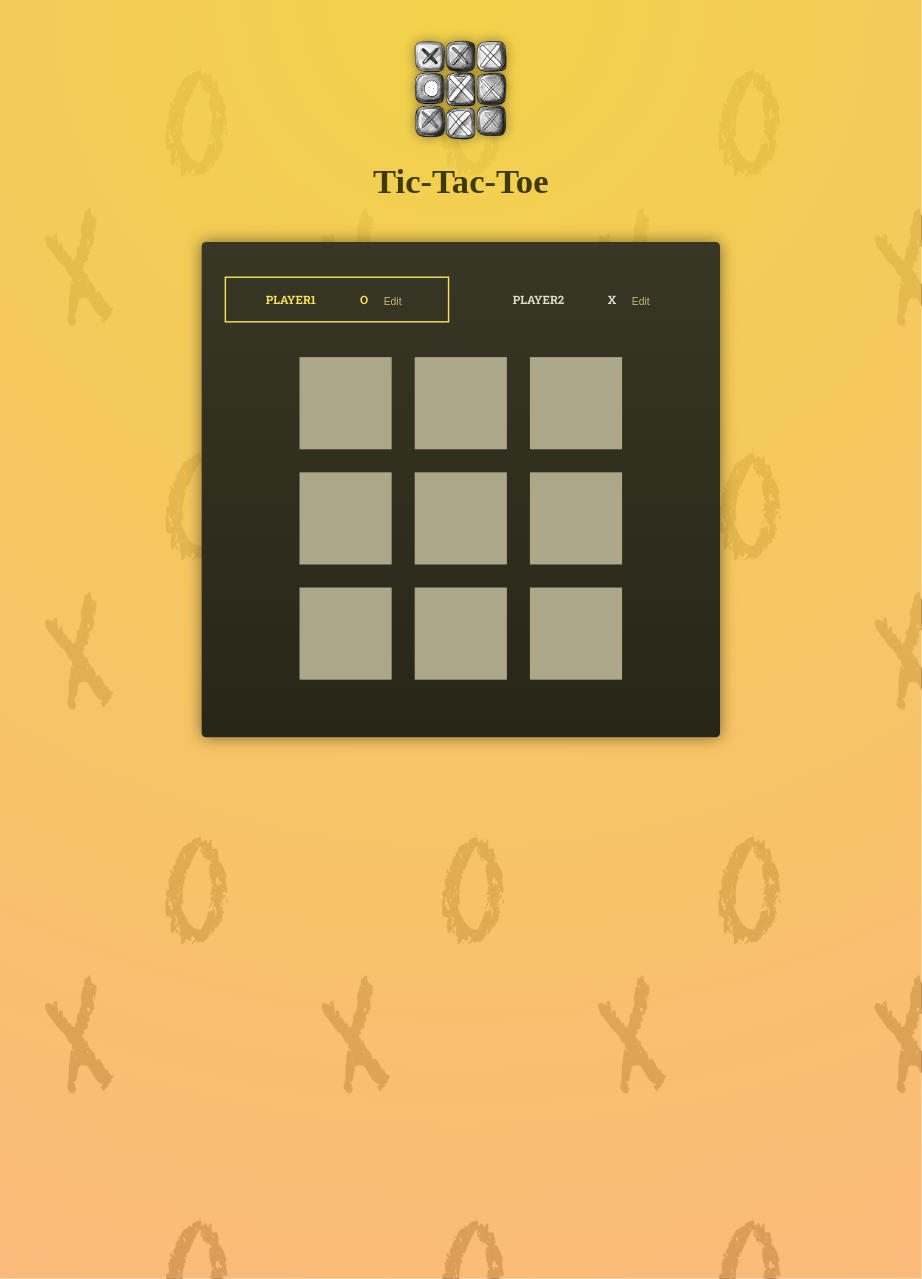
Repository: collyrium921/tic-tac-toe
Page: /
An editor plug-in stored every save of this project. The page is shown before and after the next save, followed by the edit.
The browser window is 1280 px wide. The pictures show the whole page, at 72% of full size.
Some web fonts or font styles are not loaded; a fallback is used. The project was rebuilt for these pictures with package versions that can differ from the ones it lists, and the page was loaded fresh each time. Also part of the build but not shown: vite.config.js.

Above is the page before, as saved 2024-05-23 22:45:40.

After the next save:
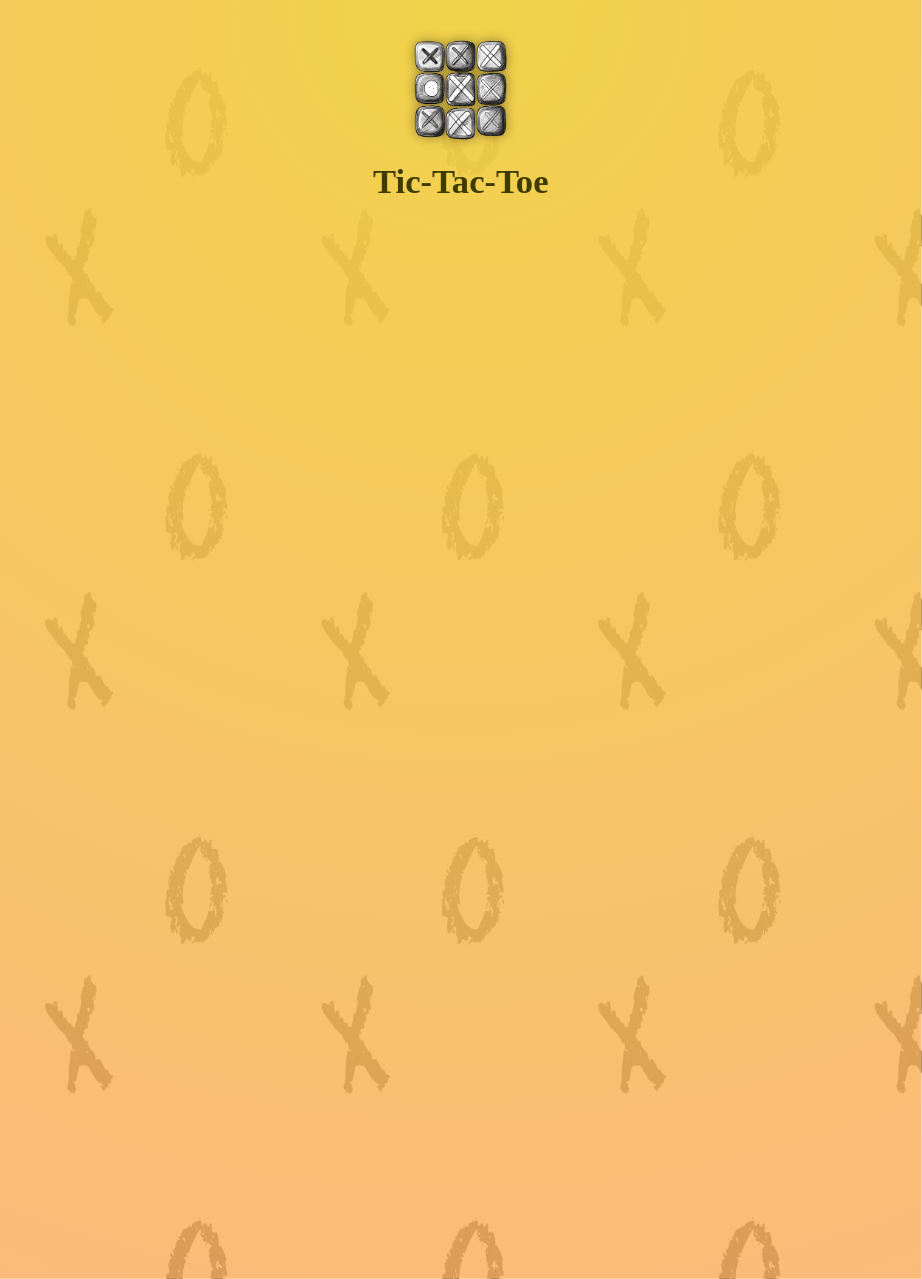
Console error: ReferenceError: activePlayer is not defined
Saved 2 min 18 s later.
--- a/src/App.jsx
+++ b/src/App.jsx
@@ -4,15 +4,15 @@
 import Log from "./components/Log";
 function App() {
   const [gameTurns, setGameTurns] = useState([]);
-  const [activePlayer, setActivePlayer] = useState("X");
+  // const [activePlayer, setActivePlayer] = useState("X");
+  let currentPlayer = "X";
+  if (gameTurns.length > 0 && gameTurns[0].player === "X") {
+    currentPlayer = "O";
+  }
+  function handleSelectSquare(rowIndex, colIndex) {
+    // setActivePlayer((curActivePlayer) => (curActivePlayer == "X" ? "O" : "X"));
+    setGameTurns((prevTurns) => {
 
-  function handleSelectSquare(rowIndex, colIndex) {
-    setActivePlayer((curActivePlayer) => (curActivePlayer == "X" ? "O" : "X"));
-    setGameTurns((prevTurns) => {
-      let currentPlayer = "X";
-      if (prevTurns.length > 0 && prevTurns[0].player === "X") {
-        currentPlayer = "O";
-      }
       const updateTurns = [
         { square: { row: rowIndex, col: colIndex }, player: activePlayer },
         ...prevTurns,

After the 2 saves that followed:
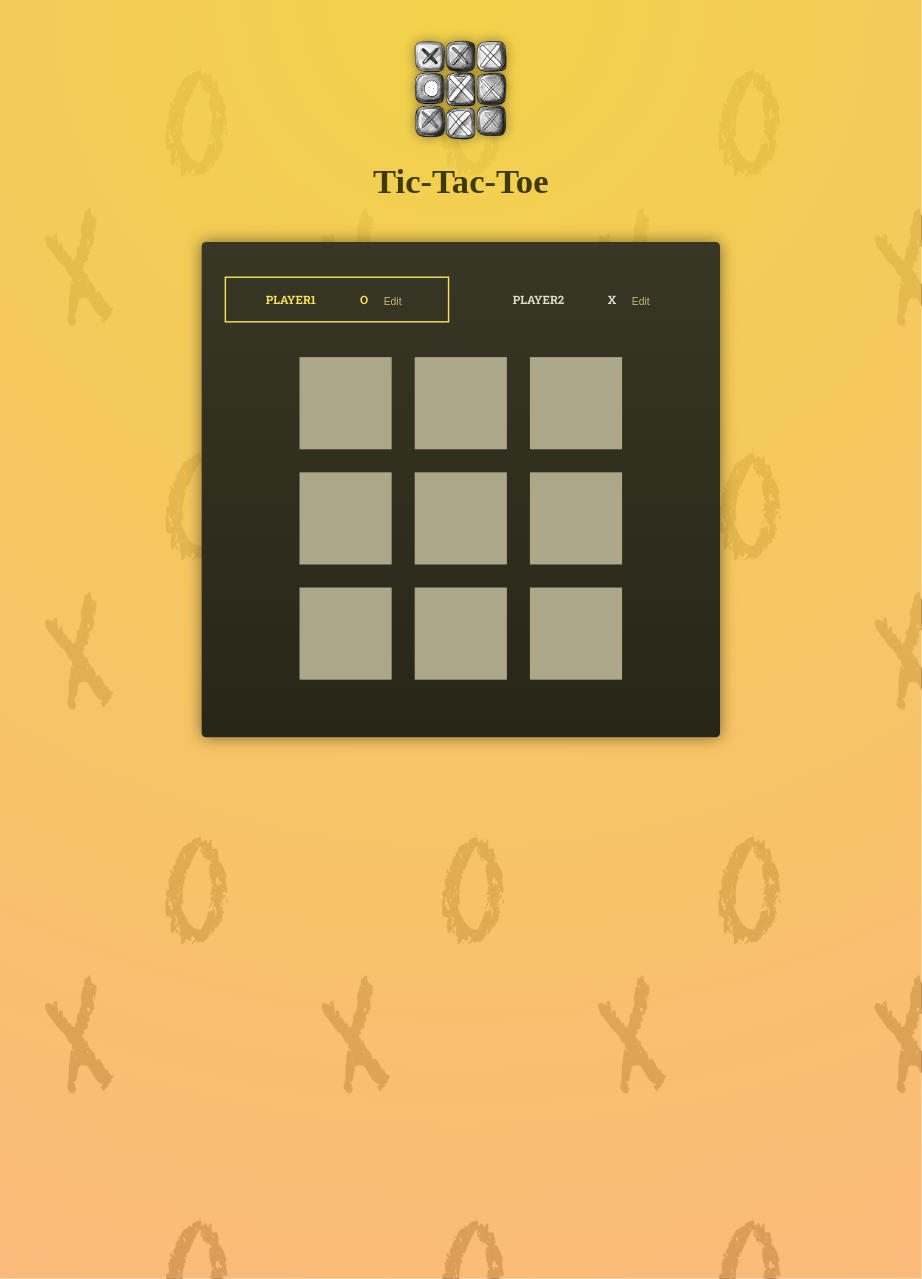
The error is gone.
The 2 saves are shown as one change because 1 left the picture as it was.
The last was saved 93 s later.
--- a/src/App.jsx
+++ b/src/App.jsx
@@ -2,17 +2,22 @@
 import GameBoard from "./components/GameBoard";
 import Player from "./components/Player";
 import Log from "./components/Log";
-function App() {
-  const [gameTurns, setGameTurns] = useState([]);
-  // const [activePlayer, setActivePlayer] = useState("X");
+function deriveActivePlayer(gameTurns){
   let currentPlayer = "X";
   if (gameTurns.length > 0 && gameTurns[0].player === "X") {
     currentPlayer = "O";
   }
+  return currentPlayer
+}
+
+function App() {
+  const [gameTurns, setGameTurns] = useState([]);
+  // const [activePlayer, setActivePlayer] = useState("X");
+  const activePlayer = deriveActivePlayer(gameTurns);
   function handleSelectSquare(rowIndex, colIndex) {
     // setActivePlayer((curActivePlayer) => (curActivePlayer == "X" ? "O" : "X"));
     setGameTurns((prevTurns) => {
-
+      const activePlayer=deriveActivePlayer(prevTurns)
       const updateTurns = [
         { square: { row: rowIndex, col: colIndex }, player: activePlayer },
         ...prevTurns,
